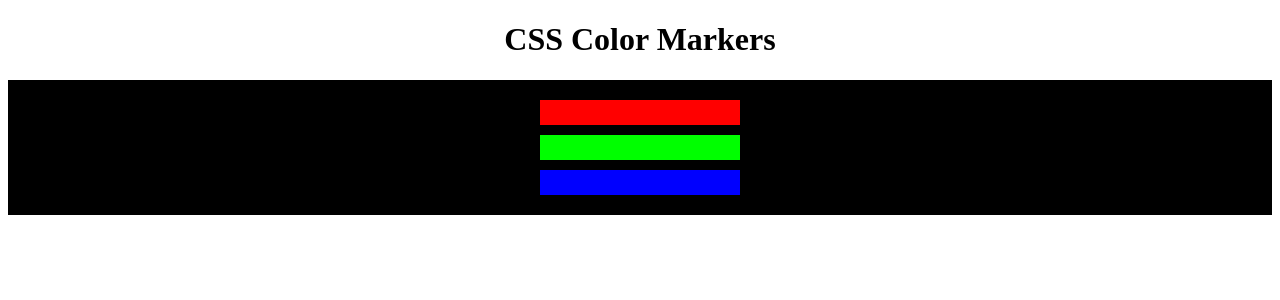
Repository: AimenDje/ColoredMarkers
Page: index.html
These files come from the project's save history. The page is drawn as it stood at one moment and after the next save; the edit follows.
The browser window is 1280 px wide. The pictures show the whole page.

Above is the page before, as saved 2025-05-08 15:53:38.

After the next save:
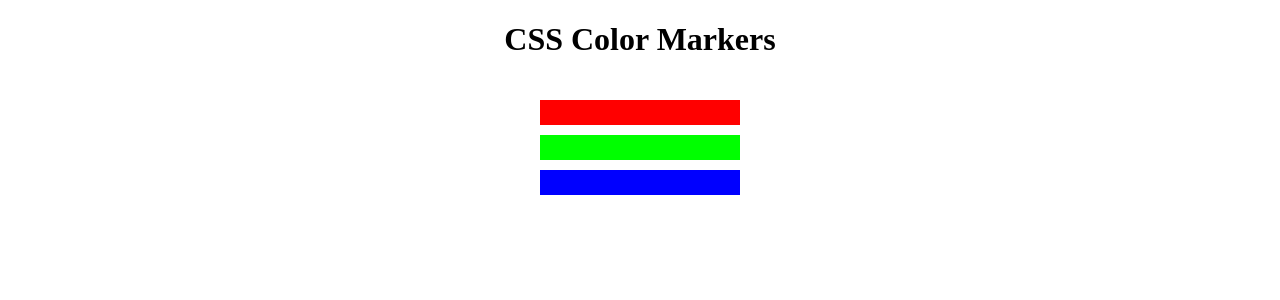
Saved 61 s later.
--- a/styles.css
+++ b/styles.css
@@ -21,8 +21,6 @@
 }
 
 .container {
-    background-color: rgb(0, 0, 0);
-    padding:10px;
-    padding-left:0px;
-    padding-right:0px;
+    background-color: rgb(255, 255, 255);
+    padding: 10px 0;
 }
